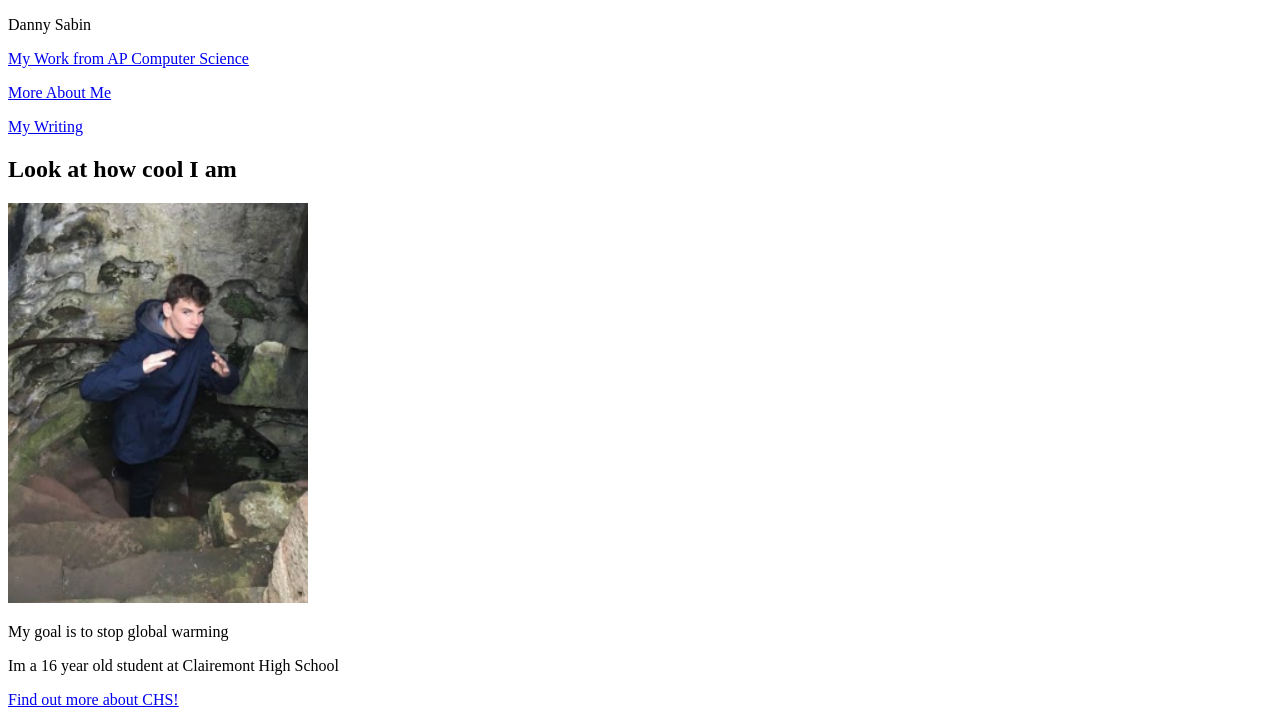
Repository: Danny3212/Danny3212.github.io
Page: index.html
The author's editor kept a record of every edit. The page is drawn from the files as they stood at one moment, then again after the next edit.
The browser window is 1280 px wide. The pictures show the whole page.

Above is the page before.

### index.html
<!DOCTYPE html>
<html>
<body>

<p>Danny Sabin</p>
<p><a href="apcs.html">My Work from AP Computer Science</a></p>
<p><a href="danny.html">More About Me</a></p>
<p><a href="writing.html">My Writing</a></p>


<h2>Look at how cool I am </h2>
<img src="images/Danny background.PNG" alt="Karate Man" width="300" height="400">
<p>My goal is to stop global warming</a></p>
<p>Im a 16 year old student at Clairemont High School</p>
<a href="https://www.sandiegounified.org/schools/clairemont/" target="_blank"> Find out more about CHS!</a>

</body>
</html>

After the next edit:
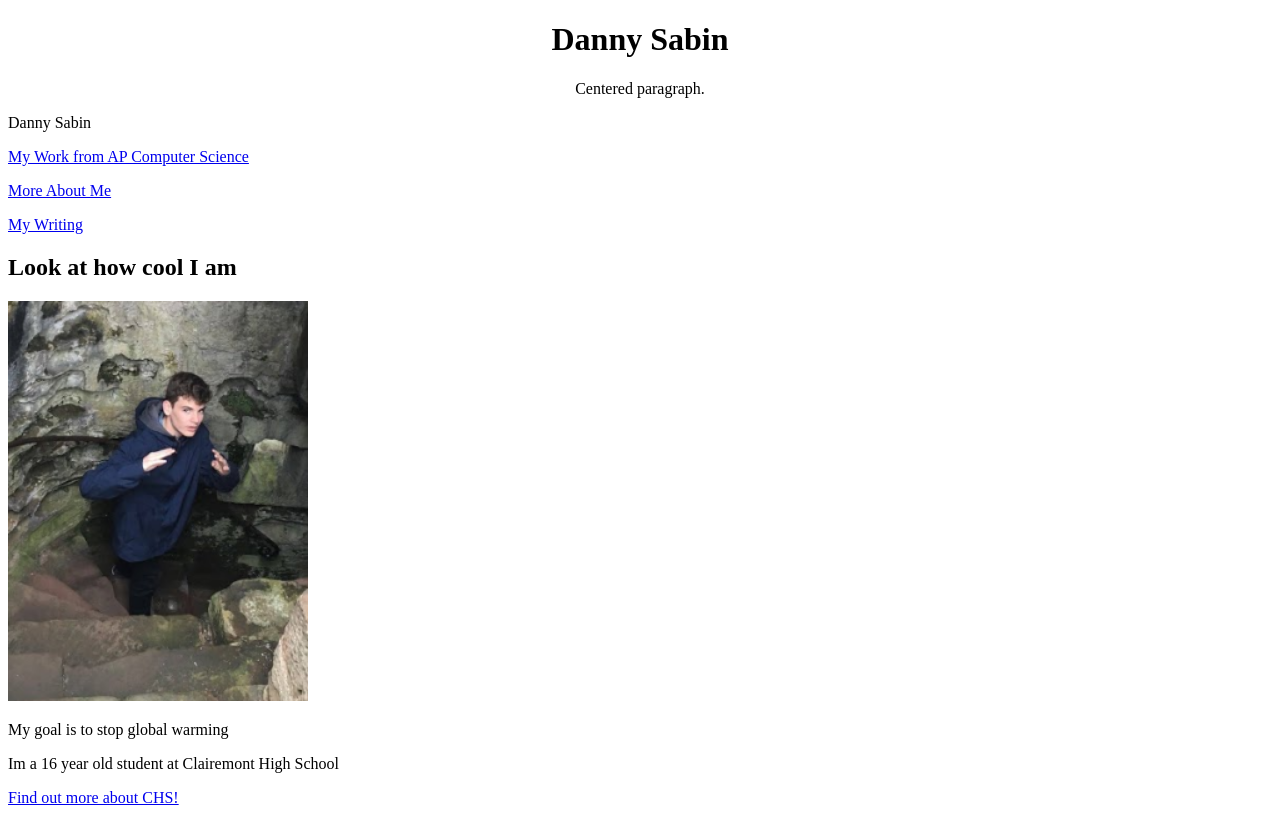
The edit:
--- a/index.html
+++ b/index.html
@@ -1,7 +1,8 @@
 <!DOCTYPE html>
 <html>
 <body>
-
+<h1 style="text-align:center;">Danny Sabin</h1>
+<p style="text-align:center;">Centered paragraph.</p>
 <p>Danny Sabin</p>
 <p><a href="apcs.html">My Work from AP Computer Science</a></p>
 <p><a href="danny.html">More About Me</a></p>
